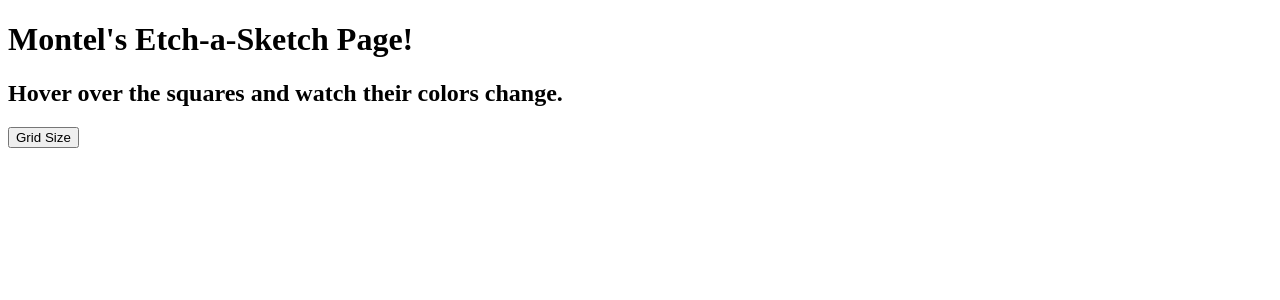
Repository: mnhardy1504/odin-recipes1
Page: repos/Etch-a-Sketch/index.html
The author's editor kept a copy of each file at every save. The page is drawn from the files as they stood at one save, then again after the next save.
The browser window is 1280 px wide. The pictures show the whole page.

Above is the page before, as saved 2023-11-11 19:59:22.

After the next save:
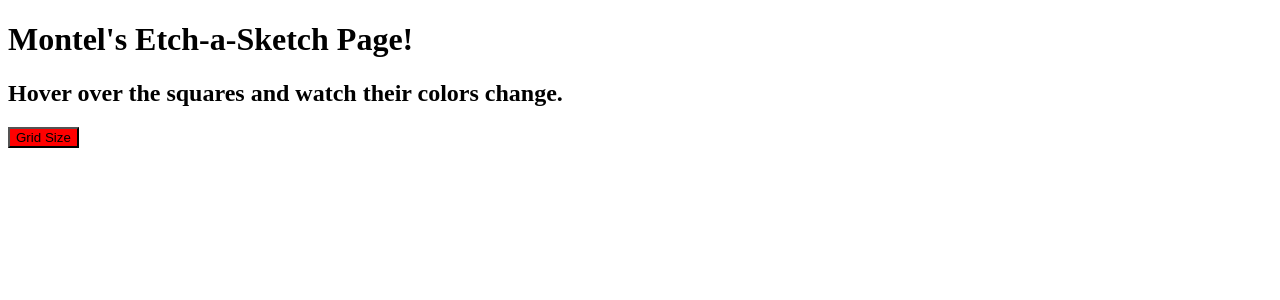
Saved 19 s later.
--- a/repos/Etch-a-Sketch/index.css
+++ b/repos/Etch-a-Sketch/index.css
@@ -13,6 +13,6 @@
 }
 
 .size{
-    background-color:red
-    font:white
+    background-color:red;
+    font:white;
 }
